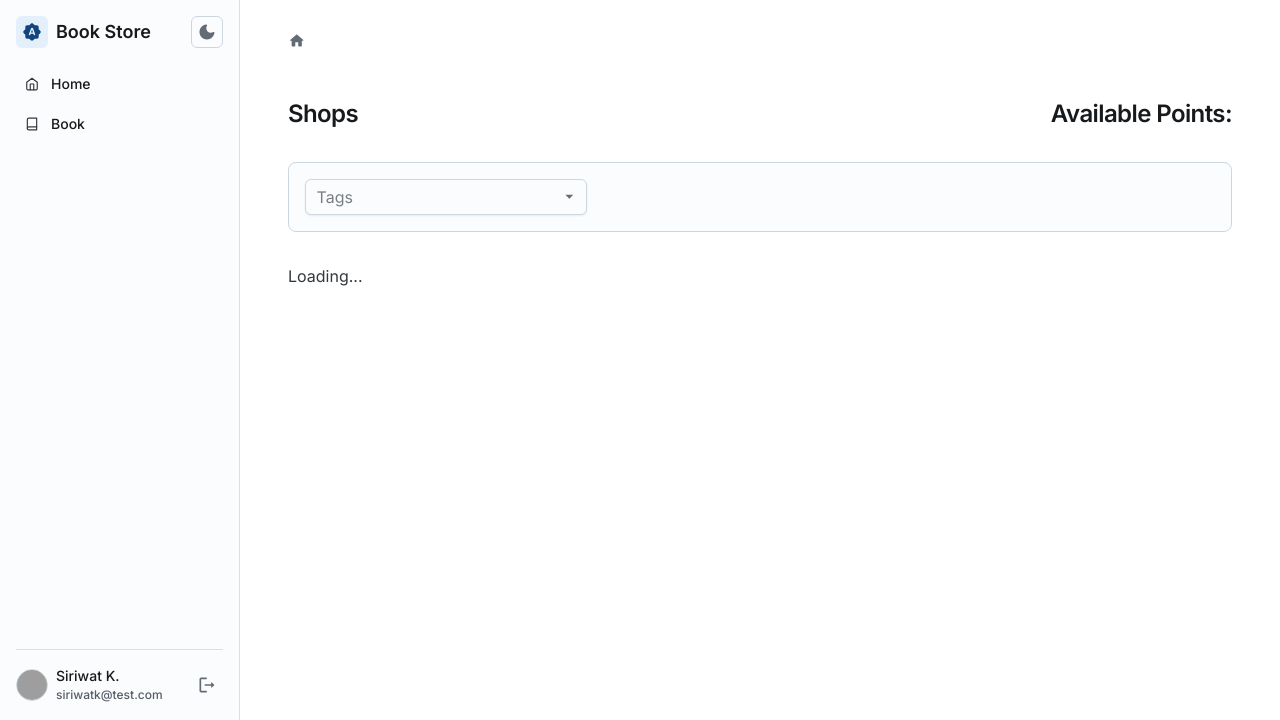
Repository: LaurentiusKevin/bookstore-fe
Page: /
These files come from the project's save history. The page is drawn as it stood at one moment and after the next save; the edit follows.
The browser window is 1280 px wide. The pictures show the whole page.
Pictures or frames that could not be fetched are drawn as grey boxes. The page's requests for data from a server got no answer. The project was rebuilt for these pictures with package versions that can differ from the ones it lists, and the page was loaded fresh each time. The framework's server and built-in components were replaced by stand-ins that run in the browser. No one was signed in, and anything a server would have sent is missing. Also part of the build but not shown: next.config.mjs, src/components/book-card.tsx.

Above is the page before, as saved 2024-04-07 05:49:02.

After the next save:
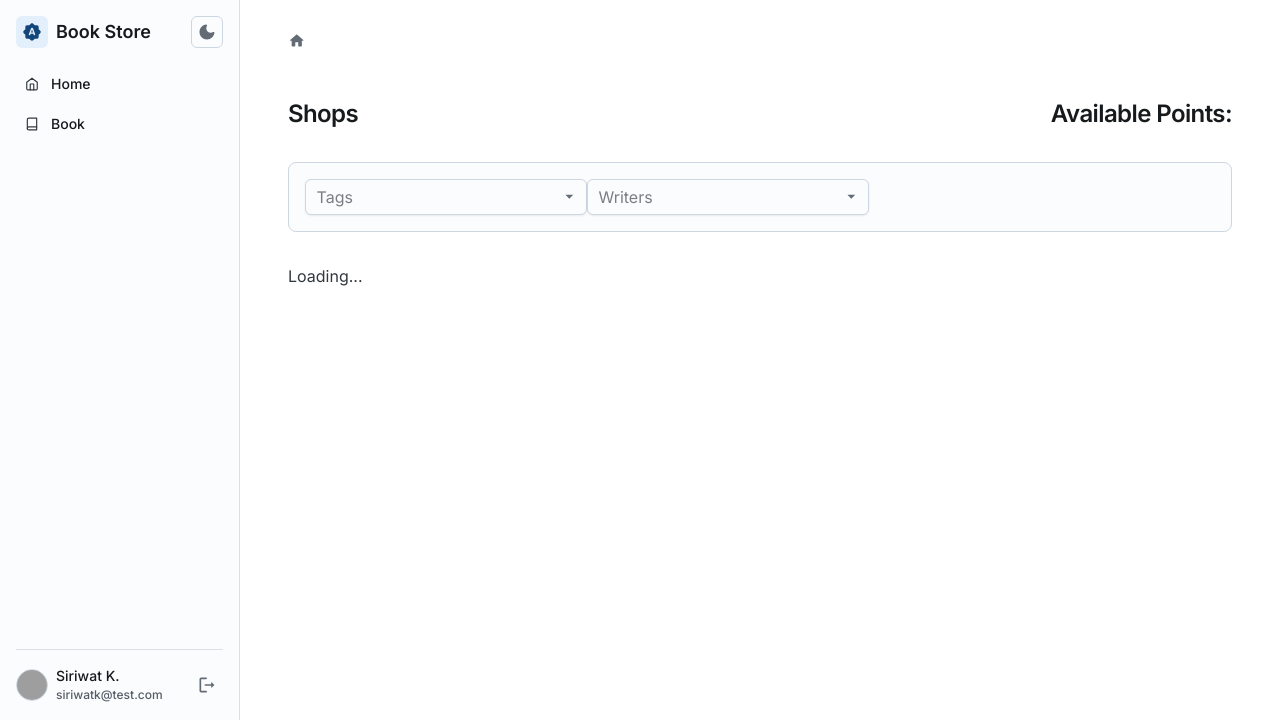
Saved 16 s later.
--- a/src/app/page.tsx
+++ b/src/app/page.tsx
@@ -119,6 +119,12 @@ export default function Home() {
               options={tagList?.map((item) => item.title) ?? []}
               onChange={(event, newValue) => setSelectedTag(newValue)}
             />
+            <Autocomplete
+              placeholder="Writers"
+              multiple
+              options={tagList?.map((item) => item.title) ?? []}
+              onChange={(event, newValue) => setSelectedTag(newValue)}
+            />
           </Stack>
         </CardContent>
       </Card>
